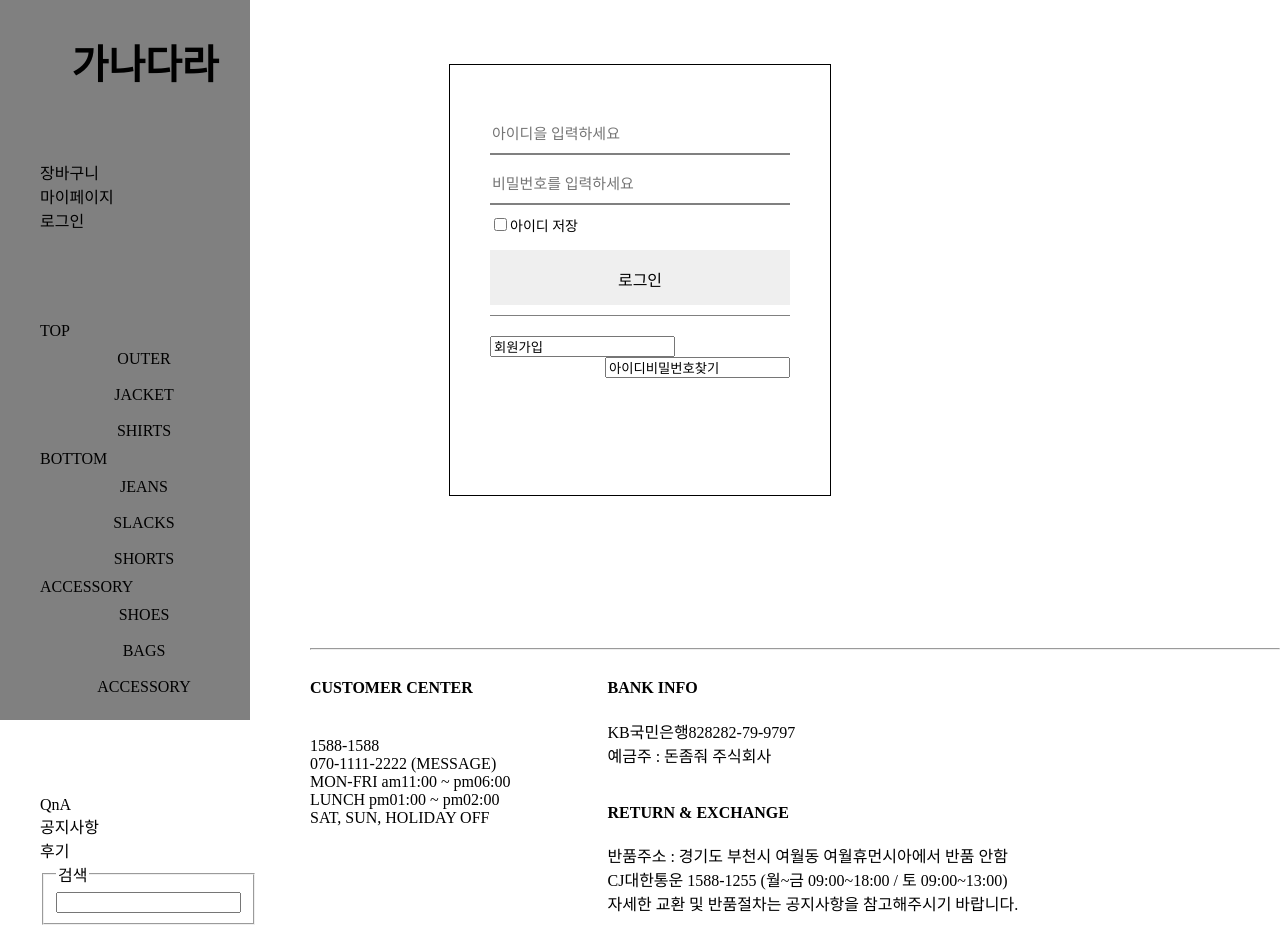
Repository: wonhong1103/springstudy
Page: http://localhost/Webpage/WEB-INF/views/member/login.jsp
These files come from the project's save history. The page is drawn as it stood at one moment and after the next save; the edit follows.
The browser window is 1280 px wide. The pictures show the whole page.
The page is served by Tomcat 9. Nobody is signed in. The template is opened directly, without the code that normally fills it, so the values that code supplies are empty.

Above is the page before, as saved 2020-10-16 01:56:37.

After the next save:
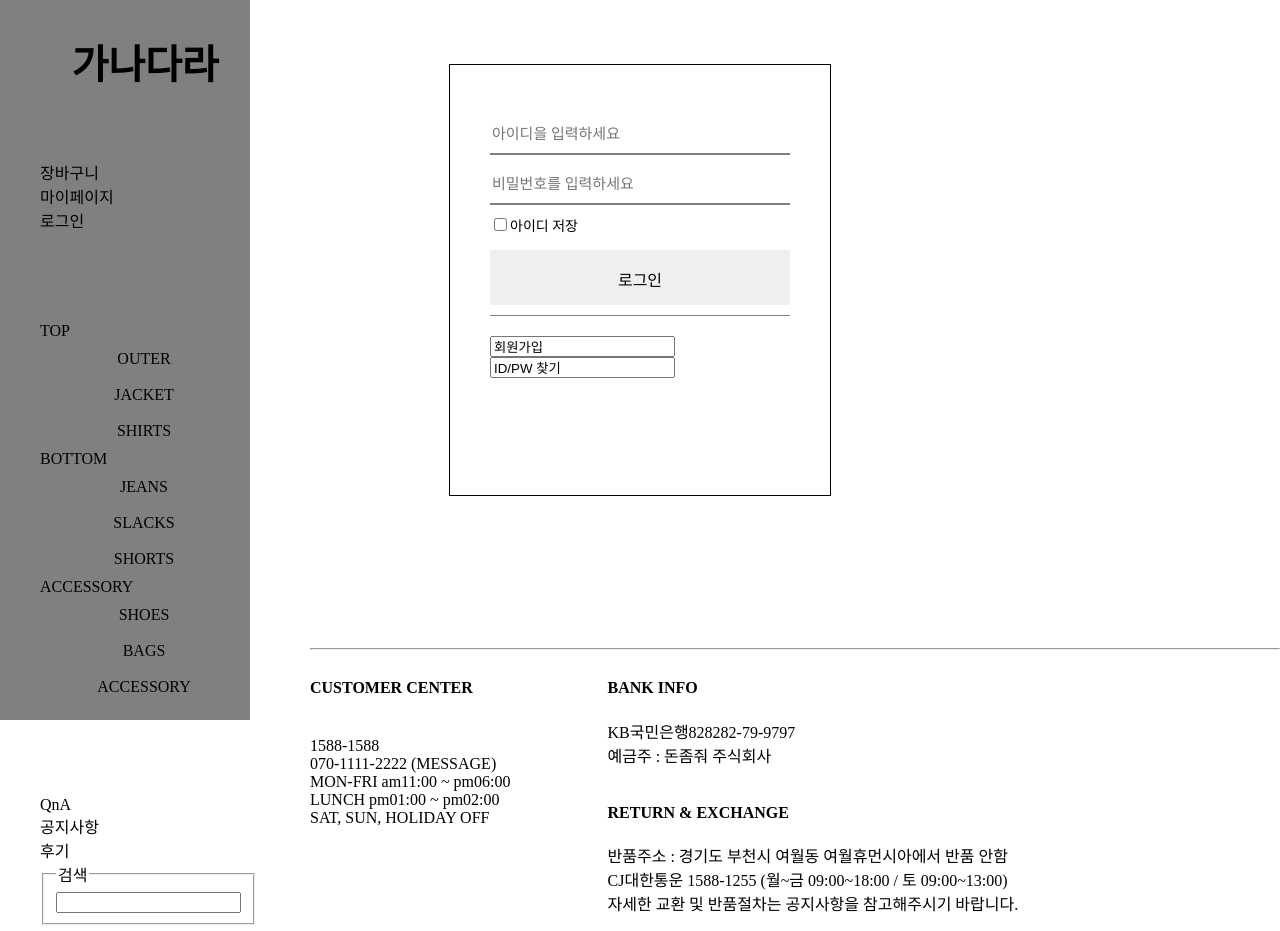
Saved 56 s later.
--- a/Webpage/src/main/webapp/WEB-INF/views/member/login.jsp
+++ b/Webpage/src/main/webapp/WEB-INF/views/member/login.jsp
@@ -230,8 +230,8 @@ table {
                     <input type="button" value="로그인" onclick="login_go(this.form)">
                 </div>
                 <div class="last">
-               	 	<input class="join" type="text" value="회원가입" onclick="join_go(this.form)">
-                	<input class="search" type="text" value="아이디비밀번호찾기" onclick="findidpw_go(this.form)">
+               	 	<input class="button" type="text" value="회원가입" onclick="join_go(this.form)">
+                	<input class="button" type="text" value="ID/PW 찾기" onclick="findidpw_go(this.form)">
                     <!-- <div class="join"><a href="join_go(this.form)">회원가입</a></div>
                     	 <div class="search"><a href="findidpw_go(this.form)">ID/PW 찾기</a></div>
                     -->
